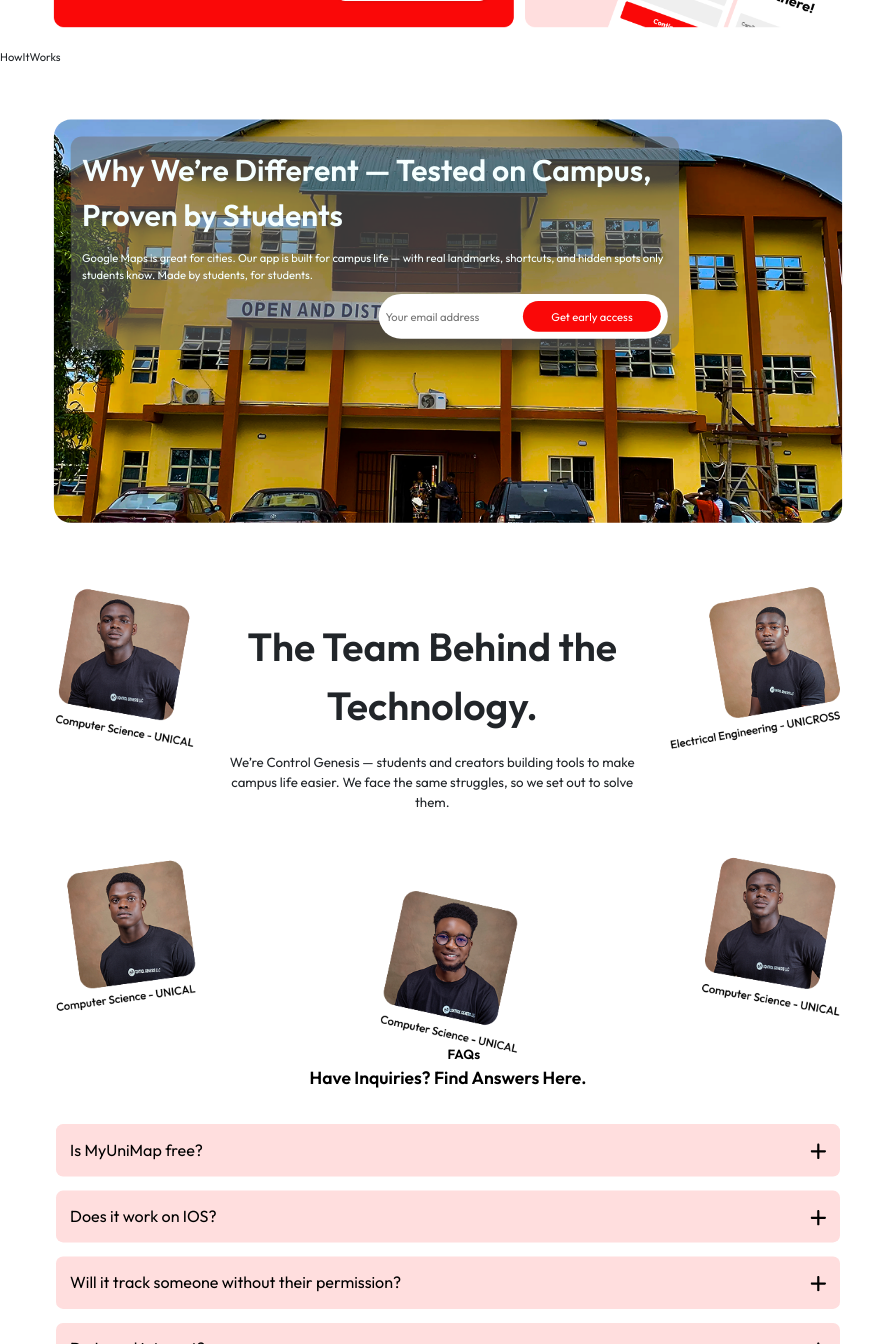
Repository: SahMenz/MUM-website
Page: /
The author's editor kept a copy of each file at every save. The page is drawn from the files as they stood at one save, then again after the next save.
The browser window is 1280 px wide. The pictures show the part of the page from y = 4007 to 5927 px (the page is 6682 px tall), at 70% of full size.
The project was rebuilt for these pictures with package versions that can differ from the ones it lists, and the page was loaded fresh each time. Also part of the build but not shown: vite.config.js.

Above is the page before, as saved 2025-09-01 14:25:12.

### index.html
<!DOCTYPE html>
<html lang="en">
  <head>
    <meta charset="UTF-8" />
    <link rel="icon" type="image/svg+xml" href="/vite.svg" />
    <link rel="preconnect" href="https://fonts.googleapis.com" />
    <link rel="preconnect" href="https://fonts.gstatic.com" crossorigin />
    <link
      href="https://fonts.googleapis.com/css2?family=Outfit:wght@100..900&display=swap"
      rel="stylesheet"
    />
    <link
      rel="stylesheet"
      href="https://cdn.jsdelivr.net/npm/bootstrap@5.3.5/dist/css/bootstrap.min.css"
      integrity="sha384-SgOJa3DmI69IUzQ2PVdRZhwQ+dy64/BUtbMJw1MZ8t5HZApcHrRKUc4W0kG879m7"
      crossorigin="anonymous"
    />
    <meta name="viewport" content="width=device-width, initial-scale=1.0" />
    <title>MUM</title>
  </head>
  <body>
    <div id="root"></div>
    <script type="module" src="/src/main.jsx"></script>
  </body>
</html>

### src/index.css
*,
*::after,
*::before {
  box-sizing: border-box;
  margin: 0px;
  padding: 0px;
  font-family: "Outfit", sans-serif;
}
button {
  border: none;
}

### src/App.jsx
import { HashRouter, Route, Routes } from "react-router-dom";
import "./App.css";
import ScrollToTop from "./components/scroll/ScrollToTop";
import Home from "./components/home/home";

function App() {
  return (
    <div>
      <HashRouter>
        <ScrollToTop />
        <Routes>
          <Route path="/" element={<Home />} />
        </Routes>
      </HashRouter>
    </div>
  );
}

export default App;

### src/App.css
/* BACKGROUND */
.bg-ff4 {
  background-color: #fff4f4;
}
.bg-ff {
  background-color: #ffffff;
}
.bg-ffb{
  background-color:#FFFBFBCC;
}
.bg-00 {
  background-color: #000000;
}
.bg-fa {
  background-color: #fa0808;
}
.bg-e4 {
  background-color: #e4e4e4;
}
.bg-d3 {
  background-color: #d3d3d3;
}
.bg-ffd {
  background-color: #ffdede;
}
.bg-trans {
  background-color: transparent;
}

/* TEXT COLOR */
.txt-00 {
  color: #000000;
}
.txt-ff {
  color: #ffffff;
}
.txt-f8 {
  color: #f8edd9;
}
.txt-f5 {
  color: #f5ffff;
}
.txt-14 {
  color: #141416;
}
.txt-73 {
  color: #737373;
}

/* FONT WEIGHT */
.fw-100{
  font-weight:100;
}
.fw-200{
  font-weight:200;
}
.fw-300{
  font-weight:300 ;
}
.fw-400{
  font-weight: 400;
}
.fw-500{
  font: weight 500;
}
.fw-600{
  font-weight:600;
}
.fw-700{
  font-weight: 700;
}
.fw-800{
  font-weight: 800;
}
.fw-900{
  font-weight: 900;
}


/* FONT SIZE */
.fs-48 {
  font-size: 26px;
}
.fs-19 {
  font-size: 14px;
}
.fs-13 {
  font-size: 11px;
}
.fs-16 {
  font-size: 12px;
}
.fs-23 {
  font-size: 15px;
}
.fs-25 {
  font-size: 20px;
}
.fs-45 {
  font-size: 25px;
}
.fs-32 {
  font-size: 13px;
}
.fs-11 {
  font-size: 11px;
}
.fs-72 {
  font-size: 29px;
}
.fs-83{
  font-size: 31px;
}
.fs-56{
  font-size: 21px;
}
.fs-63{
  font-size: 25px;
}
@media (min-width: 768px) {
  .fs-48 {
    font-size: 48px;
  }
  .fs-19 {
    font-size: 19px;
  }
  .fs-13 {
    font-size: 13px;
  }
  .fs-16 {
    font-size: 16px;
  }
  .fs-23 {
    font-size: 23px;
  }
  .fs-25 {
    font-size: 25px;
  }
  .fs-43 {
    font-size: 43px;
  }
  .fs-32 {
    font-size: 32px;
  }
  .fs-11 {
    font-size: 11px;
  }
  .fs-72 {
    font-size: 72px;
  }
  .fs-63 {
    font-size: 63px;
  }
  .fs-83{
    font-size: 83px;
  }
  .fs-56{
    font-size: 56px;
  }
}



/* EXTRA */

.alignSelfCenter{
  align-self: center;
}
.alignSelfStart{
  align-self: start;
}
.alignSelfEnd{
  align-self: end;
}
.spacing-50 {
  padding: 30px 77px;
}
.cursor{
  cursor: pointer;
}
@media (max-width: 768px) {
  .spacing-50 {
    padding: 25px 20px;
  }
}

### src/components/scroll/ScrollToTop.jsx
import { useEffect } from "react";
import { useLocation } from "react-router-dom";


export default function ScrollToTop({ evtToChange }){

    const pathname = useLocation().pathname

    useEffect(() => {
        window.scrollTo(0, 0)
    }, [pathname, evtToChange])

    return <div />
}

### src/components/home/home.jsx
import { useRef } from "react";
import About from "../about/about";
import Hero from "../hero/hero";
import Features from "../features/features";
import HowItWorks from "../howItWorks/howItWorks";
import Faqs from "../faqs/faqs";
import Navigation from "../navigation/navigation";
import Footer from "../footer/footer";
import Team from "../team/team";

function Home() {
  const refHome = useRef(null);
  const refAbout = useRef(null);
  const refFeatures = useRef(null);
  const refHowItWork = useRef(null);
  const refFaqs = useRef(null);

  const handleHomeClick = () => {
    if (refHome.current) {
      refHome.current.scrollIntoView();
    }
  };
  const handleAboutClick = () => {
    if (refAbout.current) {
      refAbout.current.scrollIntoView();
    }
  };
  const handleFeaturesClick = () => {
    if (refFeatures.current) {
      refFeatures.current.scrollIntoView();
    }
  };
  const handleHowItWorkClick = () => {
    if (refHowItWork.current) {
      refHowItWork.current.scrollIntoView();
    }
  };
  const handleFaqsClick = () => {
    if (refFaqs.current) {
      refFaqs.current.scrollIntoView();
    }
  };

  return (
    <div className="">
      <Navigation
        onHomeClick={handleHomeClick}
        onAboutClick={handleAboutClick}
        onFeaturesClick={handleFeaturesClick}
        onHowItWorkClick={handleHowItWorkClick}
        onFaqsClick={handleFaqsClick}
      />
      <div ref={refHome}>
        <Hero />
      </div>
      <div ref={refAbout}>
        <About />
      </div>
      <div ref={refFeatures}>
        <Features />
      </div>
      <div ref={refHowItWork}>
        <HowItWorks />
      </div>
      <div>
        <Team />
      </div>
      <div ref={refFaqs}>
        <Faqs />
      </div>
      <div>
        <Footer />
      </div>
    </div>
  );
}

export default Home;

### src/components/about/about.jsx
import forFreshers from "../../assets/images/forFreshers.png";
import forReturningStudent from "../../assets/images/forReturningStudent.png";
import forVisitors from "../../assets/images/forVisitors.png";
import yourCampus from "../../assets/images/yourCampus.png";

function About() {
  return (
    <div className="spacing-50 mt-4 d-flex flex-column align-items-center">
      <div className="text-center" style={{ maxWidth: "569px" }}>
        <div className="fs-32 fw-600">We Know the Struggle</div>
        <div className="fs-16 fw-400">
          Not knowing where an office, lecture hall, or restroom is can be
          frustrating — from losing the best seats in class to trekking across
          campus just to find the one restroom you know.
        </div>
      </div>
      <div className="d-flex gap-3 gap-lg-5 mt-5">
        <div>
          <img src={forFreshers} style={{ width: "100%" }} />
        </div>
        <div className="d-flex gap-3 gap-lg-5 flex-column">
          <div>
            <img src={forReturningStudent} style={{ width: "100%" }} />
          </div>
          <div>
            <img src={forVisitors} style={{ width: "100%" }} />
          </div>
        </div>
      </div>
      <div className="d-flex justify-content-between col-10 flex-column flex-lg-row col-lg-12 mt-5 align-items-center gap-4">
        <div><img src={yourCampus} style={{width:"100%", minWidth:"200px"}}/></div>
        <div className="text-start" style={{maxWidth:"520px"}}>
          <div className="fs-32 fw-600">
            Your Campus Mapped Like Never Before
          </div>
          <div className="fs-16 fw-400 my-4">
            We built an app that shows every spot on campus — with real photos,
            directions, and even friend tracking. From classes to offices to
            that suya joint your friend mentioned, you’ll get there without the
            guesswork.
          </div>
          <button
            className="d-flex align-items-center fs-16"
            style={{
              backgroundColor: "#FA0808",
              borderRadius: "40px",
              padding: "13px 18px",
              color: "white",
            }}
          >
            <p className="mb-0 fw-500">Get started for free</p>
          </button>
        </div>
      </div>
    </div>
  );
}

export default About;

### src/components/features/features.jsx
import photoBased from "../../assets/images/photoBased.png";
import builtByStudents from "../../assets/images/builtByStudent.png";
import realTimeDirections from "../../assets/images/realTimeDirections.png";
import hiddenLocation from "../../assets/images/hiddenLocation.png";
import trustedBy from "../../assets/images/trustedBy.png";
import friendPinging from "../../assets/images/friendPinging.png";
function Features() {
  return (
    <div className="d-flex flex-column align-items-center justify-content-center spacing-50">
      <div className="text-center" style={{ maxWidth: "567px" }}>
        <div className="fs-32 fw-600">Key Features & Benefits</div>
        <div className="fs-16 fw-400">
          Built for students, tested on campus, and packed with tools you’ll
          actually use — designed to make campus life easier, smarter, and more
          connected.
        </div>
      </div>

      <div className="d-flex gap-3 flex-column mt-5">
        <div className="d-flex gap-3">
          <div><img src={realTimeDirections} style={{ width: "100%" }} /></div>
          <div className="d-flex flex-column">
            <div><img src={hiddenLocation} style={{ width: "100%" }} /></div>
            <div className="d-flex gap-3">
              <div><img src={trustedBy} style={{ width: "100%" }} /></div>
              <div><img src={friendPinging} style={{ width: "100%" }} /></div>
            </div>
          </div>
        </div>
        <div className="d-flex gap-3">
          <div>
            <img src={photoBased} style={{ width: "100%" }} />
          </div>
          <div>
            <img src={builtByStudents} style={{ width: "100%" }} />
          </div>
        </div>
      </div>
    </div>
  );
}

export default Features;

### src/components/howItWorks/howItWorks.jsx
import React from 'react'

function HowItWorks() {
  return (
    <div>HowItWorks</div>
  )
}

export default HowItWorks

### src/components/footer/footer.jsx
import { LiaLinkedin } from "react-icons/lia";
import footerLogoWithName from "../../assets/images/footerLogoWithName.png";
import { BsInstagram, BsTwitter } from "react-icons/bs";
import { FaFacebook } from "react-icons/fa";
import companyLogo from "../../assets/images/companyLogoAndName.png";
import "./footer.css";

function Footer({
  onAboutClick,
  onFeaturesClick,
  onHowItWorkClick,
  onFaqsClick,
}) {
  return (
    <div className="mt-5 spacing-50 FooterWavyBackground gap-5  d-flex align-items-center  flex-column bg-fa txt-f5">
      <div className="d-flex col-12 gap-5 justify-content-between flex-column flex-wrap flex-md-row">
        <div className="d-flex gap-4 flex-column" style={{ maxWidth: "329px" }}>
          <div>
            <img src={footerLogoWithName} />
          </div>
          <div className="fs-16 fw-500">
            MyUniMap is a trademark of Control Genesis, dedicated to building
            smart, student-focused tools that make everyday campus life simpler,
            seamless, and stress-free.
          </div>
          <div className="d-flex gap-3">
            <LiaLinkedin size={35} />
            <BsTwitter size={30} />
            <FaFacebook size={30} />
            <BsInstagram size={30} />
          </div>
          <div>© 2025 Control Genesis. All rights reserved.</div>
        </div>
        <div className="d-flex gap-4 flex-column">
          <div className="fs-19 fw-700">Quick links</div>
          <div  className="fs-16 fw-500 cursor">Home</div>
          <div onClick={onAboutClick} className="fs-16 fw-500 cursor">About</div>
          <div onClick={onFeaturesClick} className="fs-16 fw-500 cursor">Features</div>
          <div onClick={onHowItWorkClick} className="fs-16 fw-500 cursor">How it works</div>
          <div onClick={onFaqsClick} className="fs-16 fw-500 cursor">FAQs</div>
        </div>
        <div>
          <div className="d-flex gap-4 flex-column">
            <div className="fs-19 fw-700">Need Help?</div>
            <div className="fs-16 fw-500">Help Center</div>
            <div className="fs-16 fw-500">Report a Problem</div>
            <div className="fs-16 fw-500">Contact Support</div>
          </div>
        </div>
        <div>
          <div className="d-flex gap-4 flex-column">
            <div className="fs-19 fw-700">Legal & Compliance</div>
            <div className="fs-16 fw-500">Terms & Conditions</div>
            <div className="fs-16 fw-500">Privacy Policy</div>
          </div>
        </div>
        <div>
          <div className="d-flex gap-4 flex-column">
            <div className="fs-19 fw-700">FROM</div>
            <a href="https://controlgenesis.com/" style={{textDecoration:"none"}} target="_blank"
                  rel="noopener noreferrer">
              <img src={companyLogo} style={{color:"transparent"}}/>
            </a>
          </div>
        </div>
      </div>
      <div className="fs-19 fw-800">Built by Students, for Students</div>
    </div>
  );
}

export default Footer;

### src/components/team/team.jsx
import { BiSend } from "react-icons/bi";
import img1 from "../../assets/images/img1.png";
import img2 from "../../assets/images/img2.png";
import img3 from "../../assets/images/img3.png";
import img4 from "../../assets/images/img4.png";
import "./team.css";
function Team() {
  return (
    <div className="spacing-50 my-5">
      <div className="distance col-12 p-3 p-lg-4">
        <div
          className="txt-f5 d-flex flex-column p-3"
          style={{
            maxWidth: "869px",
            borderRadius: "16px",
            backgroundColor: "rgba(115, 115, 115, 0.5)",
          }}
        >
          <div className="fs-43 fw-600">
            Why We’re Different — Tested on Campus, Proven by Students
          </div>
          <div className="my-3 fs-16 fw-500">
            Google Maps is great for cities. Our app is built for campus life —
            with real landmarks, shortcuts, and hidden spots only students know.
            Made by students, for students.
          </div>
          <div
            className="bg-ff d-flex gap-2"
            style={{
              borderRadius: "60px",
              padding: "10px",
              alignSelf: "end",
              minWidth: "80px",
            }}
          >
            <input
              placeholder="Your email address"
              className="w-75 w-md-25"
              style={{ border: "none", borderRadius: "60px" }}
            />
            <button
              className="bg-fa txt-ff d-none d-md-block col-6"
              style={{ borderRadius: "60px", padding: "10px 20px" }}
            >
              Get early access
            </button>
            <BiSend color="red" size={30} className="d-block d-md-none" />
          </div>
        </div>
      </div>
      <div className="mt-5">
        <div className="d-flex align-items-center gap-5 justify-content-center flex-column flex-lg-row justify-content-lg-between" >
          <img src={img1} />
          <div className="text-center " style={{maxWidth:"661px", minWidth:"300px", top:"40px", position:"relative" }}>
            <div className="fs-56 fw-600 mt-5">The Team Behind the Technology.</div>{" "}
            <div className="fs-19 fw-400 mt-4">
              We’re Control Genesis — students and creators building tools to
              make campus life easier. We face the same struggles, so we set out
              to solve them.
            </div>
          </div>
          <img src={img2} />
        </div>
        <div className="d-flex mt-5 align-items-center gap-5 justify-content-center flex-column flex-md-row justify-content-md-between"style={{top:"50px", position:"relative"}}>
          <img src={img3} />
          <img src={img4} style={{top:"50px", position:"relative"}}/>
          <img src={img1} />
        </div>
      </div>
    </div>
  );
}

export default Team;

### src/components/hero/hero.css
.spacing-50-adjusted{
    padding: 20px 77px;
}
.wavyBackground{
    background-image: url(../../assets/images/wavyLine.png);
    background-repeat: no-repeat;
    background-size: contain;
    background-position: center;
    width: 100%;
}
@media (max-width: 768px) {
  .spacing-50-adjusted {
    padding: 10px 20px;
  }
}

### src/components/customSvg/CustomSvg.jsx
export default function CustomSvg({ name, color, width, height }) {
  return  name === "plus" ? (
    <svg
      width="22"
      height="23"
      viewBox="0 0 22 23"
      fill="black"
      xmlns="http://www.w3.org/2000/svg"
    >
      <path
        d="M20.4286 13.4381H12.5714V21.2953C12.5714 22.1596 11.8643 22.8667 11 22.8667C10.1357 22.8667 9.42857 22.1596 9.42857 21.2953V13.4381H1.57143C0.707143 13.4381 0 12.731 0 11.8667C0 11.0024 0.707143 10.2953 1.57143 10.2953H9.42857V2.43813C9.42857 1.57384 10.1357 0.866699 11 0.866699C11.8643 0.866699 12.5714 1.57384 12.5714 2.43813V10.2953H20.4286C21.2929 10.2953 22 11.0024 22 11.8667C22 12.731 21.2929 13.4381 20.4286 13.4381Z"
        fill="#000"
      />
    </svg>
  ) : name === "minus" ? (
    <svg
      width="26"
      height="5"
      viewBox="0 0 26 5"
      fill="black"
      xmlns="http://www.w3.org/2000/svg"
    >
      <path
        id="Vector"
        d="M2 2.3667H24"
        stroke="black"
        strokeWidth="4"
        strokeLinecap="round"
        strokeLinejoin="round"
      />
    </svg>
  ) : (
    <></>
  );
}

### src/components/faqs/faq.css
.collapseMargin {
  margin: 20px 80px 0px 80px;
}
@media (max-width: 768px) {
  .collapseMargin {
    margin: 25px 20px;
  }
}

### src/components/footer/footer.css
.FooterWavyBackground{
    background-image: url(../../assets/images/wavyFooter.png);
    background-repeat: no-repeat;
    background-size: contain;
    background-position: center;
    width: 100%;
}

### src/components/team/team.css
.distance{
    background-image: url(../../assets/images/open&Distance.png);
    background-repeat: no-repeat;
    background-size:cover;
    background-position: center;
    width: 100%;
    height: 80vh;
    max-height: 80vh;
    border-radius: 24px;
    -webkit-border-radius: 24px;
    -moz-border-radius: 24px;
    -ms-border-radius: 24px;
    -o-border-radius: 24px;
}

Loaded but not shown: src/main.jsx (common file); src/components/navigation/navigation.jsx (237 lines, source omitted); src/components/faqs/faqs.jsx (153 lines, source omitted); src/components/hero/hero.jsx (102 lines, source omitted)

After the next save:
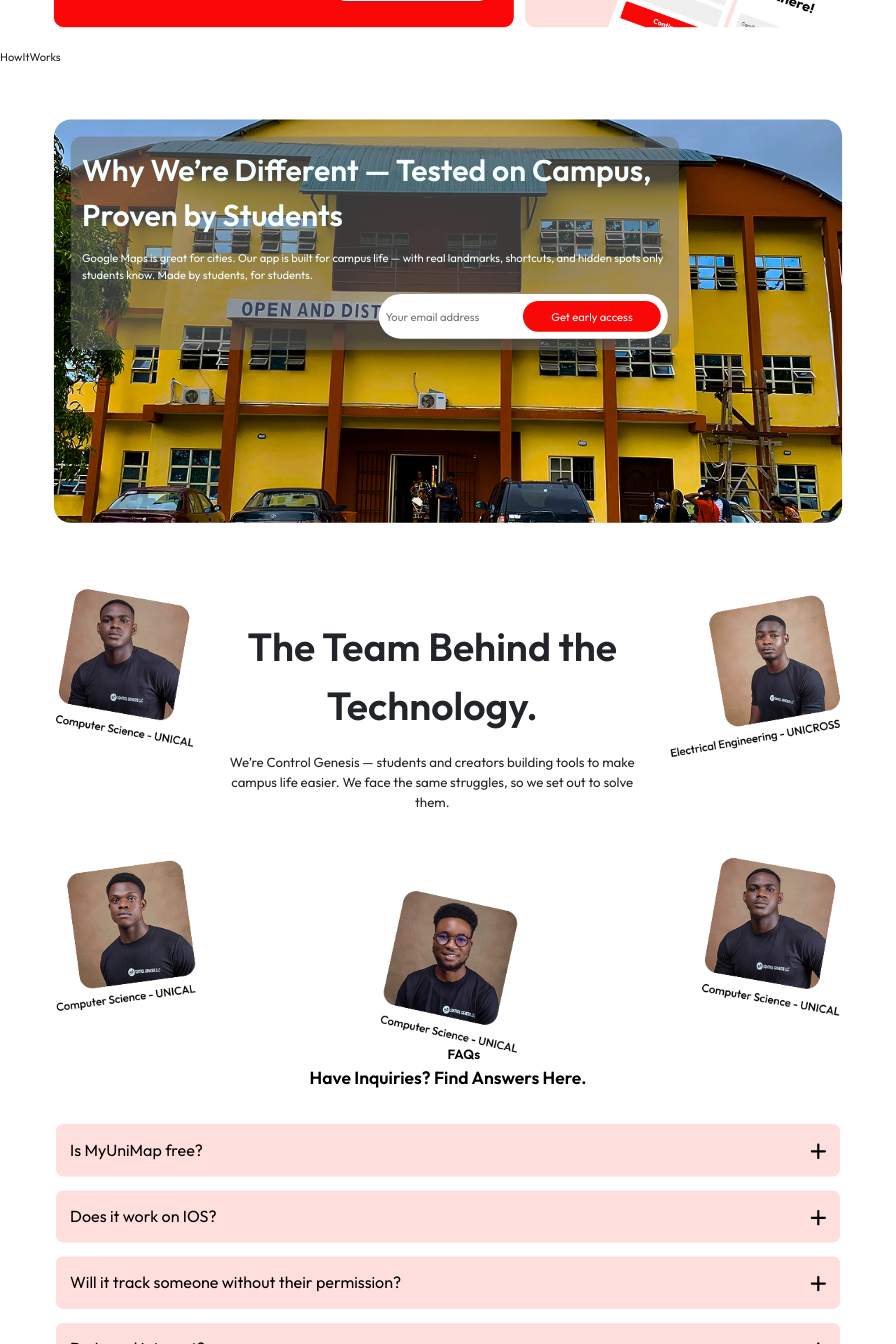
Saved 47 s later.
--- a/src/components/team/team.jsx
+++ b/src/components/team/team.jsx
@@ -59,7 +59,7 @@
               to solve them.
             </div>
           </div>
-          <img src={img2} />
+          <img src={img2} className="mt-4"/>
         </div>
         <div className="d-flex mt-5 align-items-center gap-5 justify-content-center flex-column flex-md-row justify-content-md-between"style={{top:"50px", position:"relative"}}>
           <img src={img3} />

After the save that followed:
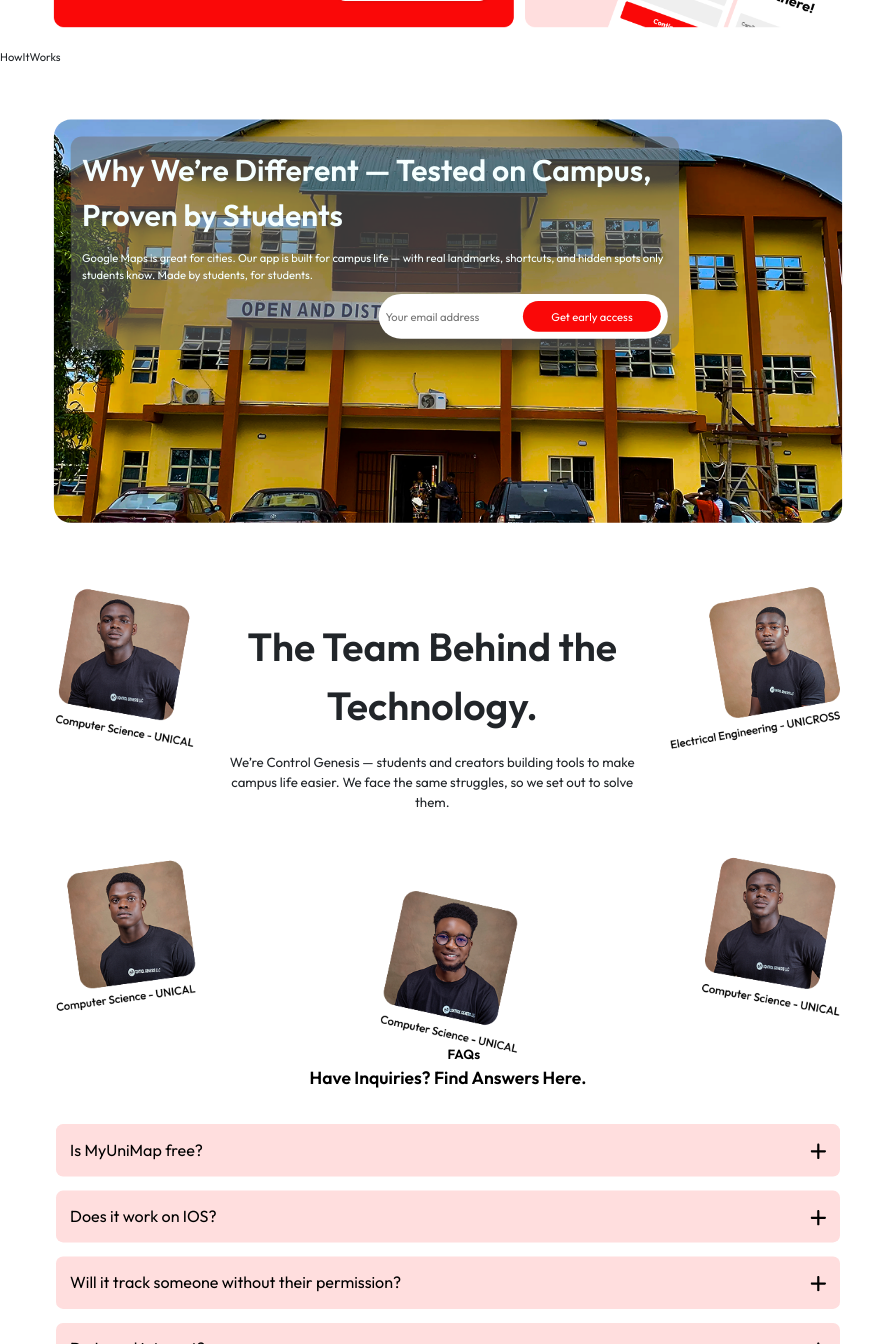
Saved 24 s later.
--- a/src/components/team/team.jsx
+++ b/src/components/team/team.jsx
@@ -59,7 +59,7 @@
               to solve them.
             </div>
           </div>
-          <img src={img2} className="mt-4"/>
+          <img src={img2} className="mt-4 mt-lg-0"/>
         </div>
         <div className="d-flex mt-5 align-items-center gap-5 justify-content-center flex-column flex-md-row justify-content-md-between"style={{top:"50px", position:"relative"}}>
           <img src={img3} />
